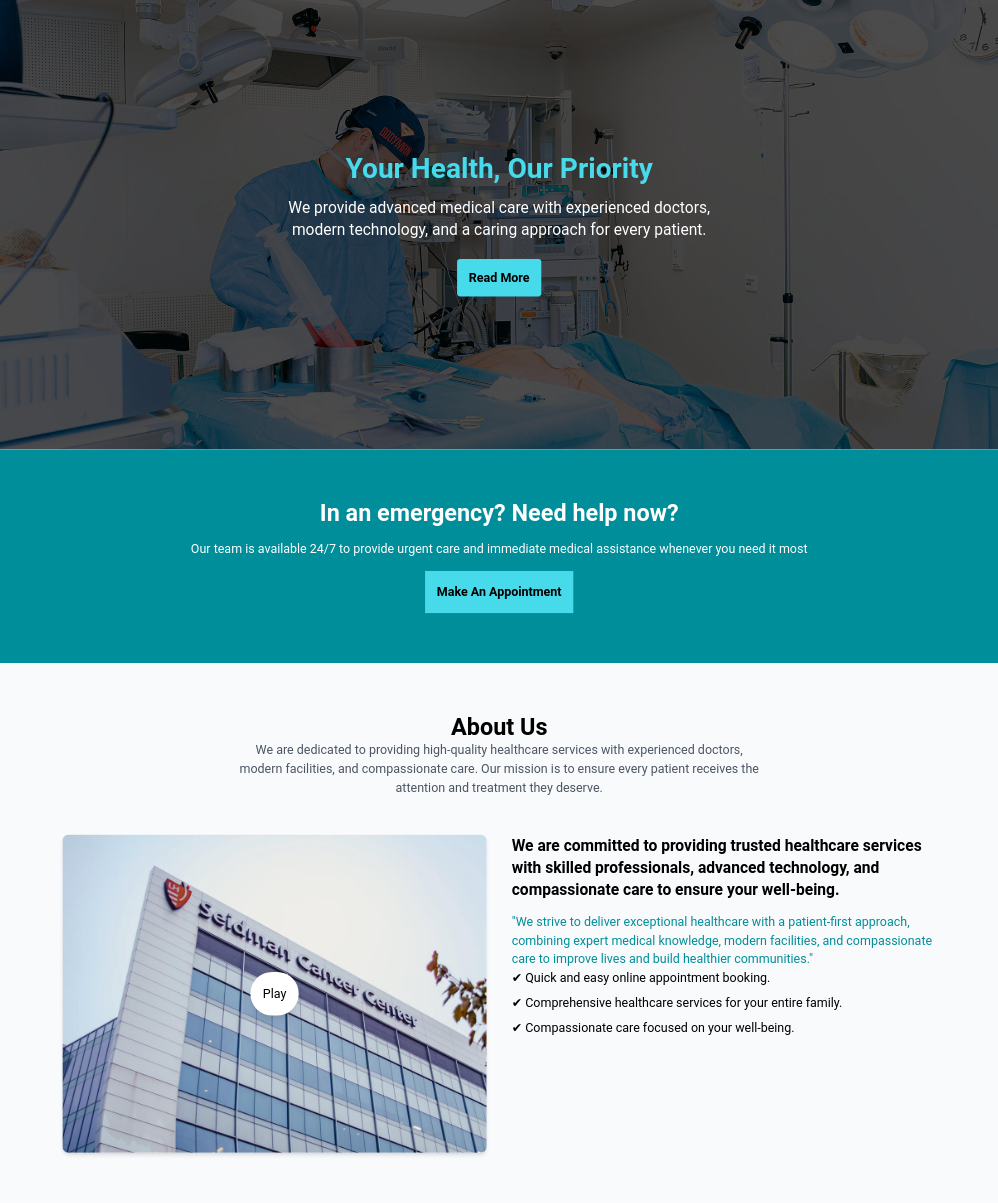
Repository: ahmedkhaleddev02-del/DoctorAppointment-MERN
Page: / (app in frontend/frontend/)
These files come from the project's save history. The page is drawn as it stood at one moment and after the next save; the edit follows.
The browser window is 1280 px wide. The pictures show the whole page, at 78% of full size.
The project was rebuilt for these pictures with package versions that can differ from the ones it lists, and the page was loaded fresh each time.

Above is the page before, as saved 2025-07-27 18:13:09.

### frontend/frontend/src/index.css
@tailwind base;
@tailwind components;
@tailwind utilities;
@import url('https://fonts.googleapis.com/css2?family=Liter&family=Outfit:wght@100..900&family=Roboto:ital,wght@0,100..900;1,100..900&family=Sansita:ital,wght@0,400;0,700;0,800;0,900;1,400;1,700;1,800;1,900&display=swap');

@import "slick-carousel/slick/slick.css";
@import "slick-carousel/slick/slick-theme.css";


*,body{
  font-family: roboto;
}


button{
  background: #46daea !important;
  padding: 15px;
  color:black;
  font-weight: bold;
  transition: ease-in-out 0.3s !important;


}

button:hover{
  background: #43b0ba !important;
}

### frontend/frontend/src/App.js
import Home from "./pages/Home";
function App() {
  return (
    <>

    <Home/>
    </>
  );
}

export default App;

### frontend/frontend/src/pages/Home.jsx
import React from 'react'
import CallToAction from '../components/CallToAction'
import HeroSlider from '../components/HeroSlider'
import About from '../components/About'
function Home() {
  return (
    <div>
        <HeroSlider/>
        <CallToAction/>
        <About/>

    </div>
  )
}

export default Home

### frontend/frontend/src/components/CallToAction.jsx
import React from 'react'

function CallToAction() {
  return (
    <section  className="bg-[#008e9b] text-white py-16">
        <div className='max-w-4xl mx-auto text-center px-4'>
        <h3 className='text-3xl font-bold mb-4'> In an emergency? Need help now?</h3>
        <p className='mt-2 mb-2'>Our team is available 24/7 to provide urgent care and immediate medical assistance whenever you need it most</p>

        <button className='mt-2'>Make An Appointment</button>
        </div>

    </section>
  )
}

export default CallToAction

### frontend/frontend/src/components/HeroSlider.jsx
import React from 'react'
import Slider from "react-slick";
import carousel_1 from "../img/hero-carousel/hero-carousel-1.jpg"

import carousel_2 from "../img/hero-carousel/hero-carousel-2.jpg"


import carousel_3 from "../img/hero-carousel/hero-carousel-3.jpg"

function HeroSlider() {

const settings = {
    dots: true,
    infinite: true,
    autoplay: true,
    autoplaySpeed: 5000,
    fade: true,
    arrows: false
  };


  const slides = [
  {
    image: carousel_1,
    title: "Your Health, Our Priority",
    text: "We provide advanced medical care with experienced doctors, modern technology, and a caring approach for every patient.",
  },
  {
    image: carousel_2,
    title: "Specialized Medical Services",
    text: "From cardiology to pediatrics, our expert teams are ready to help you and your family stay healthy and safe.",
  },
  {
    image: carousel_3,
    title: "Easy Online Appointments",
    text: "Book your appointment quickly and conveniently with top doctors at your preferred time.",
  }
];



  return (
    <section className='relative w-full h-[80vh] overflow-hidden' >
        <Slider {...settings}>
                {slides.map((slide,index)=>(
                    <div  key={index} className="relative w-full h-[80vh]">

                <img  src={slide.image}   className="w-full h-full object-cover"/>

            <div className="absolute inset-0 bg-black bg-opacity-70 flex flex-col justify-center items-center text-center text-white px-4">

                    <h2 className='text-4xl text-[#46daea] font-bold mb-4'>{slide.title}</h2>

             <p className="max-w-xl text-xl ">{slide.text}</p>

             <button className="mt-6 inline-block  py-3 rounded ">
              Read More

             </button>

                </div>

                    </div>
                ))}


        </Slider>
    </section >
  )
}

export default HeroSlider

### frontend/frontend/src/components/About.jsx
import React from 'react'
import AboutUs from "../img/about.jpg"
function About() {
  return (
    <section className="py-16 bg-gray-50">

        <div className='text-center mb-12'>
            <h2 className='text-3xl font-bold'>About Us</h2>
        <p className="text-gray-600 max-w-2xl mx-auto">
        We are dedicated to providing high-quality healthcare services with experienced doctors,
        modern facilities, and compassionate care. Our mission is to ensure every patient receives
        the attention and treatment they deserve.
        </p>


        </div>

        <div className='max-w-6xl mx-auto grid sm:grid-cols-1 md:grid-cols-2 gap-8 px-4'>
            <div className='relative'>
                <img src={AboutUs}  className="rounded-lg shadow-md"/>
                <a href='https://www.youtube.com/watch?v=Y7f98aduVJ8' className="absolute inset-0 flex items-center justify-center">

                <div className='bg-white rounded-full p-4 shadow-lg hover:scale-110 transition'>
                    Play
                </div>




                </a>
            </div>

            <div>
                <h3 className='text-xl font-semibold mb-4'>We are committed to providing trusted healthcare services with skilled professionals, advanced technology, and compassionate care to ensure your well-being.</h3>
                <p className='text-[#008e9b]'>"We strive to deliver exceptional healthcare with a patient-first approach, combining expert medical knowledge, modern facilities, and compassionate care to improve lives and build healthier communities."</p>

                <ul className='space-y-2 mb-4'>

                    <li>✔ Quick and easy online appointment booking.</li>
                    <li>✔ Comprehensive healthcare services for your entire family.</li>
                    <li>✔ Compassionate care focused on your well-being.</li>
                </ul>


            </div>
        </div>


    </section>
  )
}

export default About

Loaded but not shown: frontend/frontend/public/index.html (common file); frontend/frontend/src/index.js (common file); frontend/frontend/tailwind.config.js (common file)

After the next save:
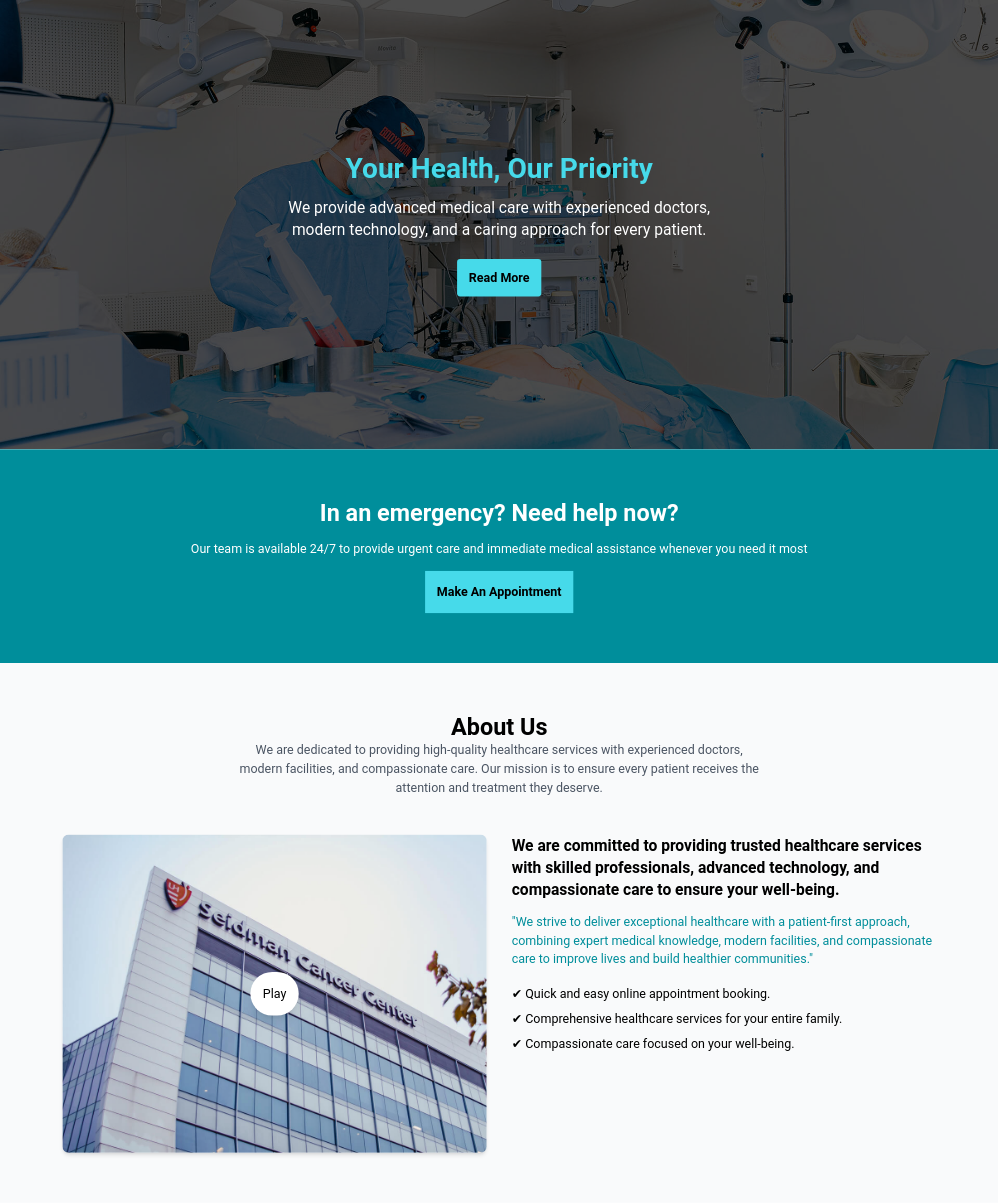
Saved 7 s later.
--- a/frontend/frontend/src/components/About.jsx
+++ b/frontend/frontend/src/components/About.jsx
@@ -34,7 +34,7 @@
                 <h3 className='text-xl font-semibold mb-4'>We are committed to providing trusted healthcare services with skilled professionals, advanced technology, and compassionate care to ensure your well-being.</h3>
                 <p className='text-[#008e9b]'>"We strive to deliver exceptional healthcare with a patient-first approach, combining expert medical knowledge, modern facilities, and compassionate care to improve lives and build healthier communities."</p>
 
-                <ul className='space-y-2 mb-4'>
+                <ul className='space-y-2 mb-4 mt-5'>
 
                     <li>✔ Quick and easy online appointment booking.</li>
                     <li>✔ Comprehensive healthcare services for your entire family.</li>
